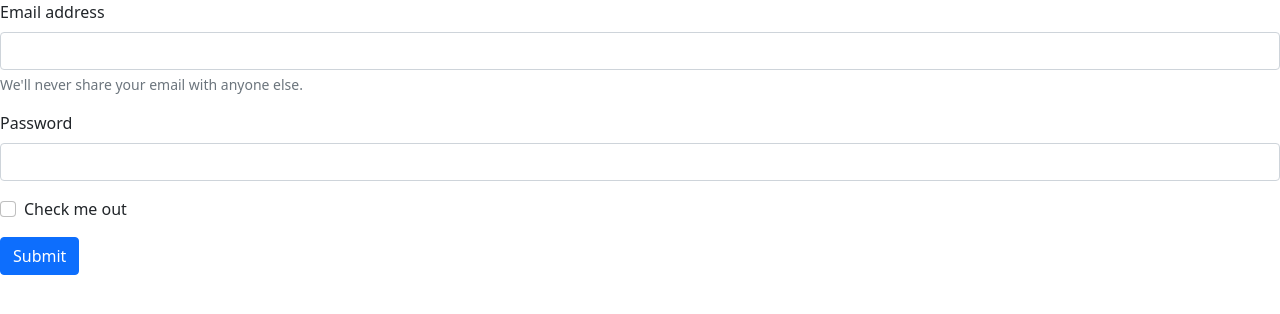
Repository: SHASHIDHAR-as/Spring
Page: spring-jsp-servelets/webapp/Webapp1/src/main/webapp/Index.html
The author's editor kept a copy of each file at every save. The page is drawn from the files as they stood at one save, then again after the next save.
The browser window is 1280 px wide. The pictures show the whole page.

Above is the page before, as saved 2024-07-30 10:50:01.

After the next save:
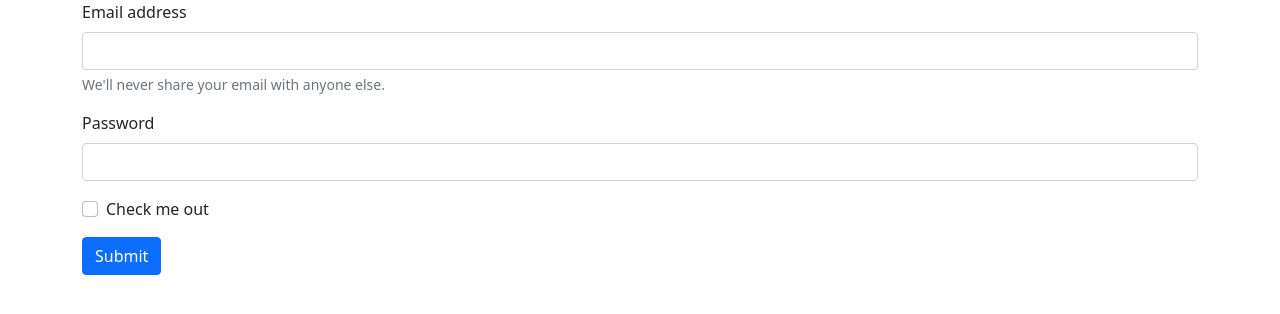
Saved 29 s later.
--- a/spring-jsp-servelets/webapp/Webapp1/src/main/webapp/Index.html
+++ b/spring-jsp-servelets/webapp/Webapp1/src/main/webapp/Index.html
@@ -11,7 +11,7 @@
     <title>Hello, world!</title>
   </head>
   <body>
-    <form>
+    <form class="container">
   <div class="mb-3">
     <label for="exampleInputEmail1" class="form-label">Email address</label>
     <input type="email" class="form-control" id="exampleInputEmail1" aria-describedby="emailHelp">
